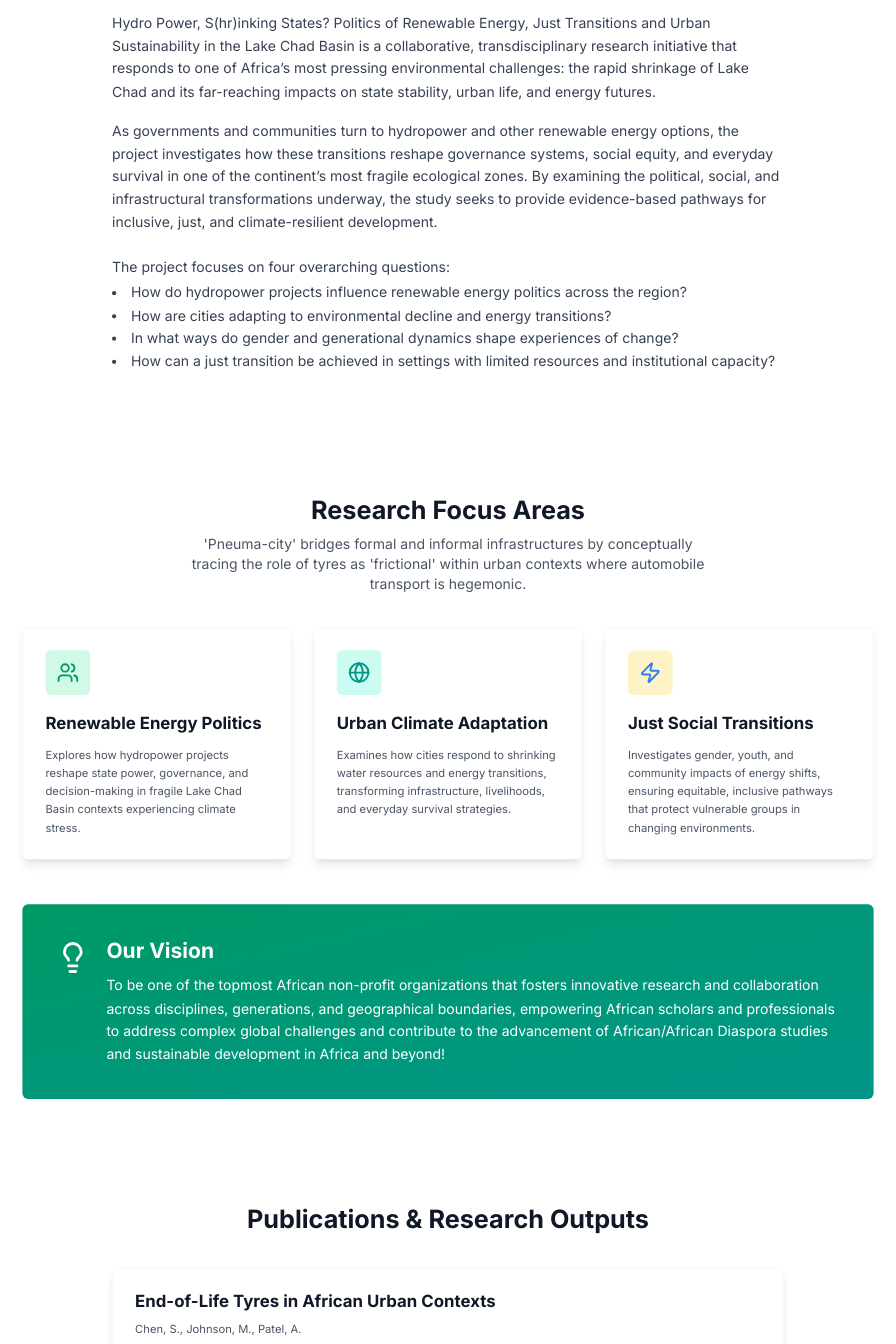
Repository: tiossdav/codesria
Page: /
An editor plug-in stored every save of this project. The page is shown before and after the next save, followed by the edit.
The browser window is 1280 px wide. The pictures show the part of the page from y = 927 to 2847 px (the page is 5119 px tall), at 70% of full size.
The project was rebuilt for these pictures with package versions that can differ from the ones it lists, and the page was loaded fresh each time. Also part of the build but not shown: vite.config.ts.

Above is the page before, as saved 2025-11-19 20:14:29.

After the next save:
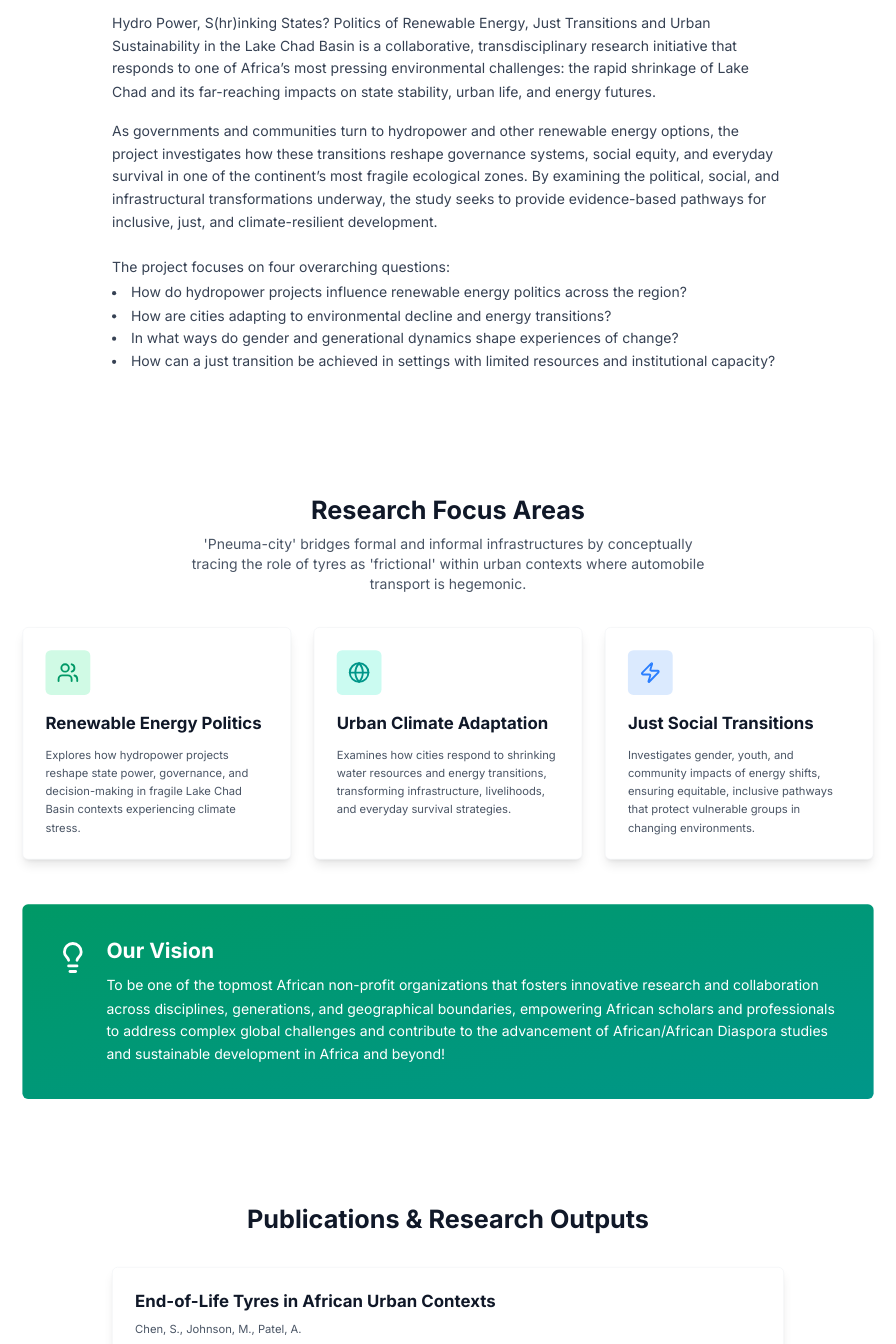
Saved 16 s later.
--- a/src/pages/Research.tsx
+++ b/src/pages/Research.tsx
@@ -42,7 +42,7 @@ function Research() {
         </div>
 
         <div className="bg-white p-8 rounded-lg shadow-lg border border-gray-100 hover:shadow-xl transition-shadow">
-          <div className="bg-amber-100 w-16 h-16 rounded-lg flex items-center justify-center mb-6">
+          <div className="bg-blue-100 w-16 h-16 rounded-lg flex items-center justify-center mb-6">
             <Zap className="h-8 w-8 text-blue-500" />
           </div>
           <h3 className="text-2xl font-bold text-gray-900 mb-4">
